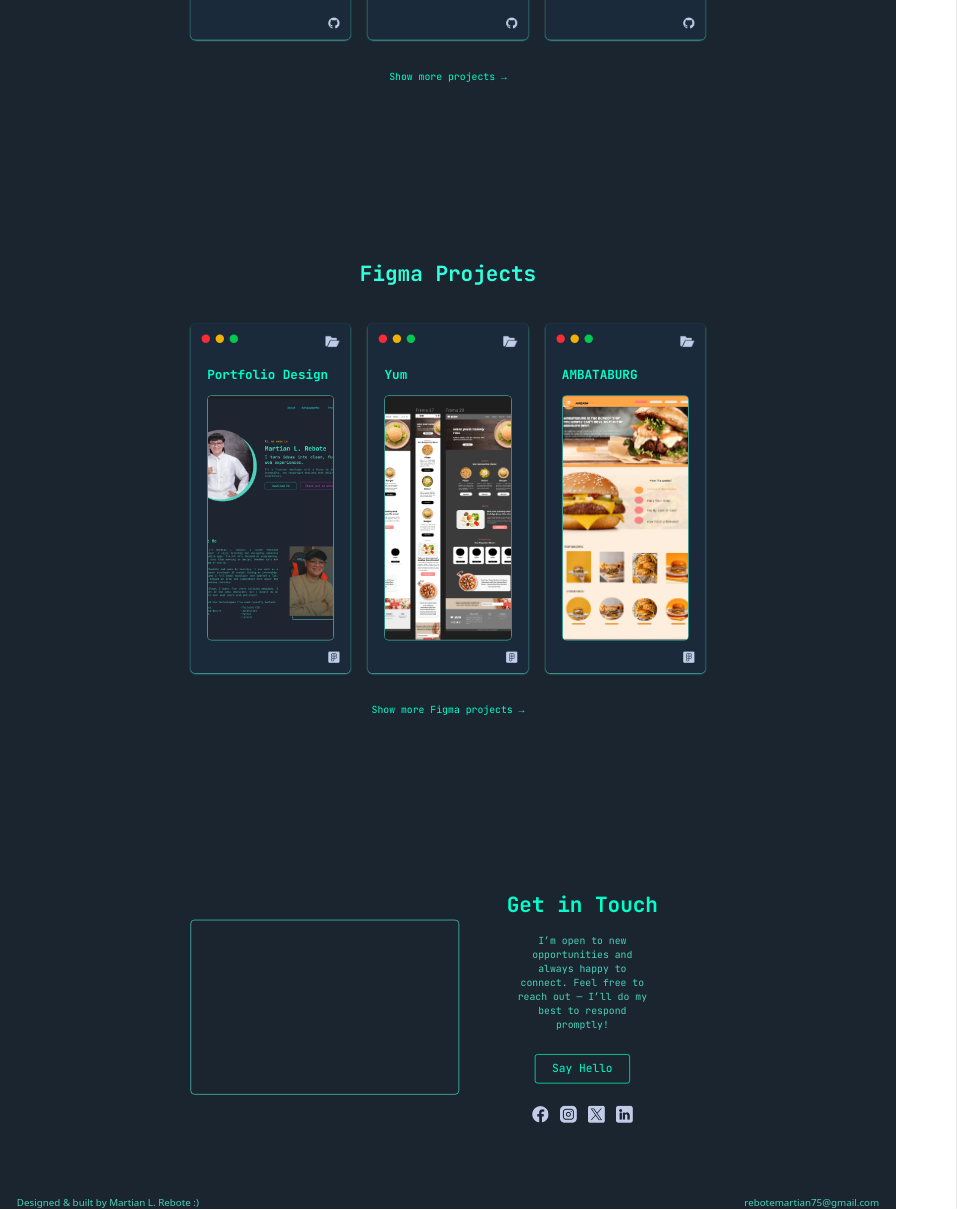
Repository: m4rsu-code/Portfolio
Page: / (app in my-portfolio/)
These files come from the project's save history. The page is drawn as it stood at one moment and after the next save; the edit follows.
The browser window is 1280 px wide. The page is 1367 px wide, so the pictures cover 1367 px, including what lies to the right of the window. The pictures show the part of the page from y = 3327 to 5087 px (the page is 5055 px tall before and 5087 px after), at 70% of full size.
The project was rebuilt for these pictures with package versions that can differ from the ones it lists, and the page was loaded fresh each time. Also part of the build but not shown: my-portfolio/vite.config.js, my-portfolio/src/assets/components/Modal/AchievementModal.jsx, my-portfolio/src/AchievementsPage.jsx, my-portfolio/src/ProjectPage.jsx, my-portfolio/src/FigmaProjectsPage.jsx.

Above is the page before, as saved 2025-08-04 18:30:15.

After the next save:
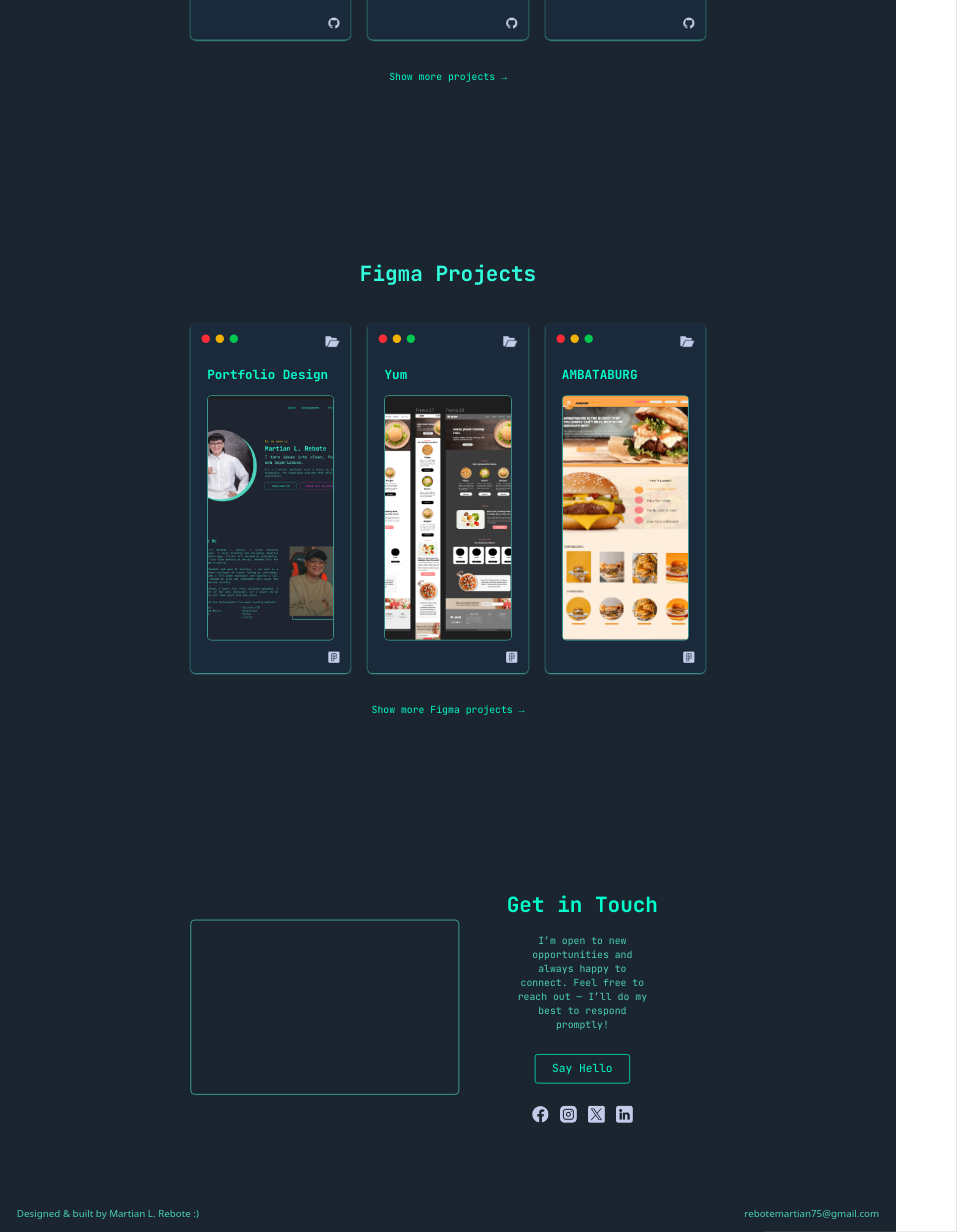
Saved 15 s later.
--- a/my-portfolio/src/App.jsx
+++ b/my-portfolio/src/App.jsx
@@ -378,12 +378,12 @@ function App() {
         )}
       </div>
       {/* Footer */}
-        <footer className="text-[#4CD2BC] text-sm flex items-center justify-between px-6">
-          <span>Designed & built by Martian L. Rebote :)</span>
-          <a href="mailto:rebotemartian75@gmail.com" className="text-[#4CD2BC] hover:underline">
-            rebotemartian75@gmail.com
-          </a>
-        </footer>
+      <footer className="text-[#4CD2BC] text-sm flex items-center p-4 justify-between px-6">
+        <span>Designed & built by Martian L. Rebote :)</span>
+        <a href="mailto:rebotemartian75@gmail.com" className="text-[#4CD2BC] hover:underline">
+          rebotemartian75@gmail.com
+        </a>
+      </footer>
     </div>
   );
 }
